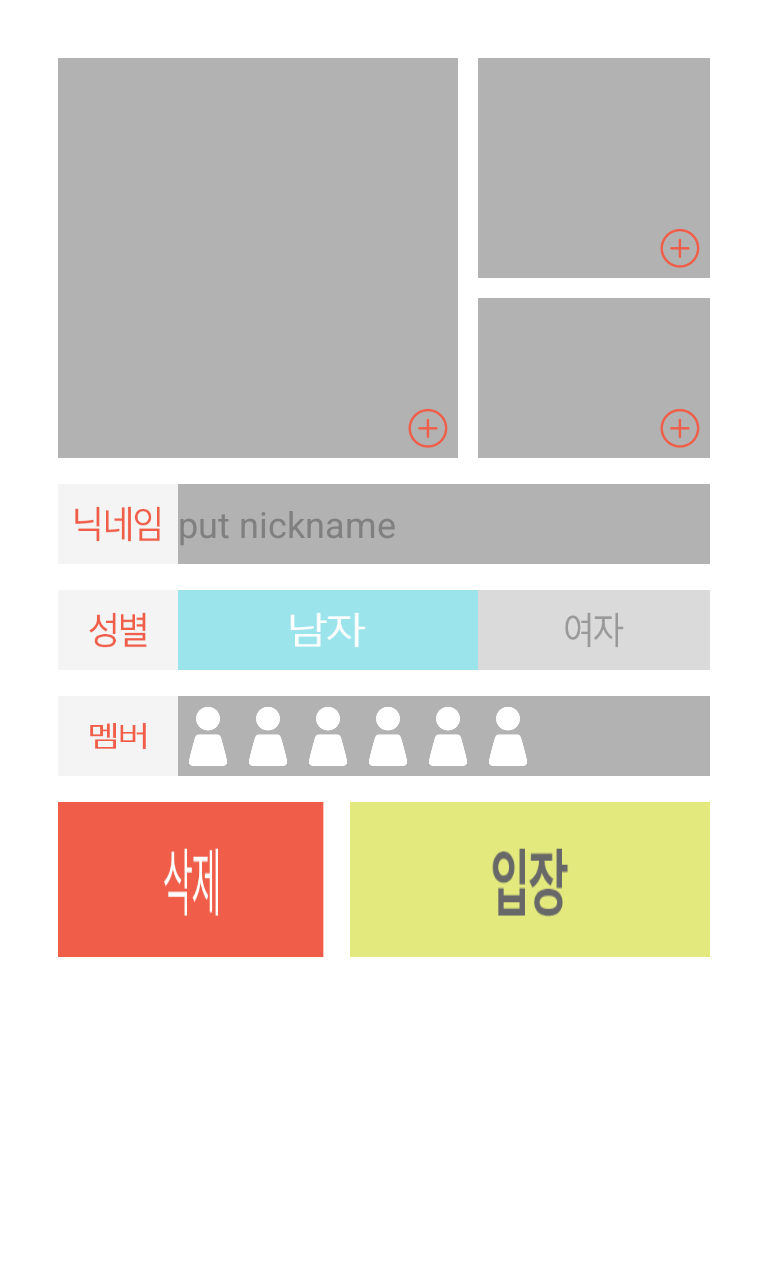
Repository: dokwon/mingle_final_client
Layout: mingle/res/layout/activity_main.xml
An editor plug-in stored every save of this project. The layout is shown before and after the next save, followed by the edit.
It is drawn on a 768 x 1280 px phone screen (xhdpi) without system bars, with theme ProfileTheme; the app's code is not run. The app's manifest (not shown) leaves right-to-left support off. So textAlignment, textDirection and layoutDirection are ignored, and left and right values win over start and end ones.

Above is the layout before, as saved 2014-08-04 06:06:37.

### mingle/res/layout/activity_main.xml
<?xml version="1.0"?>

<RelativeLayout
  tools:context=".MainActivity"
  android:paddingBottom="@dimen/activity_vertical_margin"
  android:paddingTop="@dimen/activity_vertical_margin"
  android:paddingRight="@dimen/activity_horizontal_margin"
  android:paddingLeft="@dimen/activity_horizontal_margin"
  android:layout_height="match_parent"
  android:layout_width="match_parent"
  android:background="@color/titlebackgroundcolor"
  xmlns:tools="http://schemas.android.com/tools"
  xmlns:android="http://schemas.android.com/apk/res/android">


	<!--

	+++++	PHOTO VIEWS   +++++

							-->
	<ImageView
	    android:id="@+id/photoView1"
	    android:layout_height="@dimen/photo_view_size"
	    android:layout_width="@dimen/photo_view_size"
	    android:layout_marginLeft="@dimen/option_margin"
	    android:layout_marginTop="@dimen/option_margin"
	    android:layout_alignParentStart="true"
	    android:layout_alignParentLeft="true"
	    android:theme="@style/PictureViewTheme"
	    android:cropToPadding="true"
	    android:contentDescription="@string/photo_description"
	    android:background="@color/photobackgroundcolor"
	    android:longClickable="false"
	    android:clickable="true" />

	<ImageView
	    android:id="@+id/photoView2"
	    android:layout_width="wrap_content"
	    android:layout_height="110dp"
	    android:layout_alignTop="@+id/photoView1"
	    android:layout_alignParentRight="true"
	    android:layout_marginRight="@dimen/option_margin"
	    android:layout_marginLeft="@dimen/photo_margin"
	    android:layout_toRightOf="@+id/photoView1"
	    android:adjustViewBounds="false"
	    android:background="@color/photobackgroundcolor"
	    android:baselineAlignBottom="false"
	    android:clickable="true"
	    android:contentDescription="@string/photo_description"
	    android:cropToPadding="true"
	    android:longClickable="false" />
	<ImageView
	    android:id="@+id/photoView3"
	    android:layout_height="wrap_content"
	    android:layout_width="wrap_content"
	    android:background="@color/photobackgroundcolor"
	    android:cropToPadding="true"
	    android:contentDescription="@string/photo_description"
	    android:clickable="true"
	    android:longClickable="false"
	    android:layout_alignRight="@+id/photoView2"
	    android:layout_alignBottom="@+id/photoView1"
	    android:layout_alignStart="@+id/photoView2"
	    android:layout_alignLeft="@+id/photoView2"
	    android:layout_below="@+id/photoView2"
	    android:layout_marginTop="@dimen/photo_margin"/>


	<!--

	+++++	ADD BUTTONS   +++++

							-->
	<ImageView
	    android:layout_height="20dp"
	    android:layout_width="20dp"
	    android:layout_marginRight="5dp"
	    android:layout_marginBottom="5dp"
	    android:layout_alignRight="@+id/photoView1"
	    android:layout_alignBottom="@+id/photoView1"
	    android:cropToPadding="true"
	    android:contentDescription="@string/erase_button_description"
	    android:background="@drawable/photo_plus"
	    android:longClickable="true"
	    android:id="@+id/add1"/>
	<ImageView
	    android:layout_height="20dp"
	    android:layout_width="20dp"
	    android:layout_marginRight="5dp"
	    android:layout_marginBottom="5dp"
	    android:layout_alignRight="@+id/photoView2"
	    android:layout_alignBottom="@+id/photoView2"
	    android:cropToPadding="true"
	    android:contentDescription="@string/erase_button_description"
	    android:background="@drawable/photo_plus"
	    android:longClickable="true"
	    android:id="@+id/add2"/>
	<ImageView
	    android:layout_height="20dp"
	    android:layout_width="20dp"
	    android:layout_marginRight="5dp"
	    android:layout_marginBottom="5dp"
	    android:layout_alignRight="@+id/photoView3"
	    android:layout_alignBottom="@+id/photoView3"
	    android:cropToPadding="true"
	    android:contentDescription="@string/erase_button_description"
	    android:background="@drawable/photo_plus"
	    android:longClickable="true"
	    android:id="@+id/add3"/>

	<!--

	+++++	NICKNAME  +++++

							-->

	<ImageView
	    android:id="@+id/nicknamelabel"
	    android:layout_width="@dimen/option_label_width"
	    android:layout_height="@dimen/option_label_height"
	    android:background="@drawable/nickname"
	    android:cropToPadding="true"
	    android:contentDescription="@string/photo_description"
	    android:longClickable="false"
	    android:layout_alignStart="@+id/photoView1"
	    android:layout_alignLeft="@+id/photoView1"
	    android:layout_below="@+id/photoView1"
	    android:layout_marginTop="@dimen/option_margin"/>

	<EditText
	    android:id="@+id/nicknameTextView"
	    android:layout_alignRight="@+id/photoView3"
	    android:layout_alignTop="@+id/nicknamelabel"
	    android:layout_alignBottom="@+id/nicknamelabel"
	    android:layout_toRightOf="@+id/nicknamelabel"
	    android:layout_width="wrap_content"
	    android:layout_height="wrap_content"
	    android:background="@color/photobackgroundcolor"
	    android:hint="@string/nickname_placeholder"
	    android:textAppearance="?android:attr/textAppearanceMedium"
	    android:imeActionLabel="@string/launch"
	    android:maxLength="10" />

	<!--

	+++++	SEX CHOICE   +++++

							-->

	<ImageView
	    android:layout_width="@dimen/option_label_width"
	    android:layout_height="@dimen/option_label_height"
	    android:background="@drawable/genderchoice"
	    android:cropToPadding="true"
	    android:contentDescription="@string/photo_description"
	    android:longClickable="false"
	    android:layout_alignStart="@+id/photoView1"
	    android:layout_alignLeft="@+id/photoView1"
	    android:layout_below="@+id/nicknamelabel"
	    android:id="@+id/sexlabel"
	    android:layout_marginTop="@dimen/option_margin"/>

	<Button
	    android:layout_height="wrap_content"
	    android:layout_width="wrap_content"
	    android:id="@+id/manbutton"
	    android:layout_centerHorizontal="true"
	    android:background="@drawable/genderchoice_man"
	    android:layout_alignTop="@+id/sexlabel"
	    android:layout_alignBottom="@+id/sexlabel"
	    android:layout_toRightOf="@+id/sexlabel"
	    android:layout_toLeftOf="@+id/photoView3"
	    android:onClick="SexOptionChanged"/>

	<Button
	    android:layout_height="wrap_content"
	    android:layout_width="wrap_content"
	    android:id="@+id/womanbutton"
	    android:layout_centerHorizontal="true"
	    android:background="@drawable/genderchoice_notwoman"
	    android:layout_alignTop="@+id/sexlabel"
	    android:layout_alignBottom="@+id/sexlabel"
	    android:layout_toRightOf="@+id/manbutton"
	    android:layout_alignRight="@+id/photoView3"
	    android:onClick="SexOptionChanged"/>


	<!--

	+++++	MEMBER NUM   +++++

							-->

	<ImageView
	    android:layout_width="@dimen/option_label_width"
	    android:layout_height="@dimen/option_label_height"
	    android:background="@drawable/member"
	    android:cropToPadding="true"
	    android:contentDescription="@string/photo_description"
	    android:longClickable="false"
	    android:layout_alignStart="@+id/photoView1"
	    android:layout_alignLeft="@+id/photoView1"
	    android:layout_below="@+id/sexlabel"
	    android:id="@+id/memberlabel"
	    android:layout_marginTop="@dimen/option_margin"/>
	<ImageView
	    android:layout_height="wrap_content"
	    android:layout_width="wrap_content"
	    android:id="@+id/member_background"
	    android:background="@color/photobackgroundcolor"
	    android:layout_alignTop="@+id/memberlabel"
	    android:layout_alignBottom="@+id/memberlabel"
	    android:contentDescription="@string/photo_description"
	    android:layout_toRightOf="@+id/memberlabel"
	    android:layout_alignRight="@+id/photoView3"/>
	<Button
	    android:layout_height="wrap_content"
	    android:layout_width="@dimen/member_icon_width"
	    android:id="@+id/member_1"
	    android:background="@drawable/peoplenumberpicon"
	    android:layout_alignTop="@+id/memberlabel"
	    android:layout_alignBottom="@+id/memberlabel"
	    android:layout_toRightOf="@+id/memberlabel"
	    android:layout_margin="@dimen/small_margin"
	    android:onClick="MemberNumberSelected"/>

	<Button
	    android:layout_height="wrap_content"
	    android:layout_width="@dimen/member_icon_width"
	    android:id="@+id/member_2"
	    android:background="@drawable/peoplenumberpicon"
	    android:layout_alignTop="@+id/memberlabel"
	    android:layout_alignBottom="@+id/memberlabel"
	    android:layout_toRightOf="@+id/member_1"
	    android:layout_margin="@dimen/small_margin"
	    android:onClick="MemberNumberSelected"/>
	<Button
	    android:layout_height="wrap_content"
	    android:layout_width="@dimen/member_icon_width"
	    android:id="@+id/member_3"
	    android:background="@drawable/peoplenumberpicon"
	    android:layout_alignTop="@+id/memberlabel"
	    android:layout_alignBottom="@+id/memberlabel"
	    android:layout_toRightOf="@+id/member_2"
	    android:layout_margin="@dimen/small_margin"
	    android:onClick="MemberNumberSelected"/>
	<Button
	    android:layout_height="wrap_content"
	    android:layout_width="@dimen/member_icon_width"
	    android:id="@+id/member_4"
	    android:background="@drawable/peoplenumberpicon"
	    android:layout_alignTop="@+id/memberlabel"
	    android:layout_alignBottom="@+id/memberlabel"
	    android:layout_toRightOf="@+id/member_3"
	    android:layout_margin="@dimen/small_margin"
	    android:onClick="MemberNumberSelected"/>
	<Button
	    android:layout_height="wrap_content"
	    android:layout_width="@dimen/member_icon_width"
	    android:id="@+id/member_5"
	    android:background="@drawable/peoplenumberpicon"
	    android:layout_alignTop="@+id/memberlabel"
	    android:layout_alignBottom="@+id/memberlabel"
	    android:layout_toRightOf="@+id/member_4"
	    android:layout_margin="@dimen/small_margin"
	    android:onClick="MemberNumberSelected"/>
	<Button
	    android:layout_height="wrap_content"
	    android:layout_width="@dimen/member_icon_width"
	    android:id="@+id/member_6"
	    android:background="@drawable/peoplenumberpicon"
	    android:layout_alignTop="@+id/memberlabel"
	    android:layout_alignBottom="@+id/memberlabel"
	    android:layout_toRightOf="@+id/member_5"
	    android:layout_margin="@dimen/small_margin"
	    android:onClick="MemberNumberSelected"/>




	<Button
	    android:layout_height="wrap_content"
	    android:layout_width="133dp"
	    android:id="@+id/delete_button"
	    android:layout_alignLeft="@+id/photoView1"
	    android:layout_below="@+id/memberlabel"
	    android:layout_marginTop="@dimen/option_margin"
	    android:background="@drawable/deleteall"
	    android:onClick="userCreateButtonPressed"/>

	<Button
	    android:layout_height="wrap_content"
	    android:layout_width="wrap_content"
	    android:id="@+id/enter_button"
	    android:layout_alignRight="@+id/photoView3"
	   	android:layout_toRightOf="@+id/delete_button"
	    android:layout_alignTop="@+id/delete_button"
	    android:layout_marginLeft="@dimen/option_margin"
	    android:background="@drawable/enter"
	    android:onClick="userCreateButtonPressed"/>


</RelativeLayout>

### mingle/res/values/styles.xml
<resources>

    <!--
        Base application theme, dependent on API level. This theme is replaced
        by AppBaseTheme from res/values-vXX/styles.xml on newer devices.
    -->
    <style name="AppBaseTheme" parent="android:Theme.Light">
        <!--
            Theme customizations available in newer API levels can go in
            res/values-vXX/styles.xml, while customizations related to
            backward-compatibility can go here.
        -->
    </style>

    <!-- Application theme. -->
    <style name="AppTheme" parent="AppBaseTheme">
        <!-- All customizations that are NOT specific to a particular API-level can go here. -->
    </style>

    <!--  Title Bar Theme -->
    <style name="ProfileTheme" parent="android:Theme.Light">
        <item name="android:windowTitleSize">@dimen/title_bar_height</item>
        <item name="android:windowTitleBackgroundStyle">@style/WindowTitleBackground</item>
	</style>



    <!--  Chat Room Theme -->
	<style name="ChatRoomTheme" parent="android:Theme.Light">
        <item name="android:windowTitleSize">50dp</item>
        <item name="android:windowTitleBackgroundStyle">@style/WindowTitleBackground</item>
	</style>

	<!--  Photo View Theme -->
	<style name="PictureViewTheme">

    	<item name="android:background">#FFEAEAEA</item>
	</style>

    <style name="WindowTitleBackground">
        <item name="android:background">@color/titlebackgroundcolor</item>
    </style>

    <!--  Swipe list view theme -->
	<style name="MyListBackContent">
       <item name="android:layout_width">fill_parent</item>
       <item name="android:layout_height">fill_parent</item>
       <item name="android:background">@drawable/background_back</item>
       <item name="android:gravity">right</item>
   </style>

   <style name="MyListFrontContent">
       <item name="android:layout_width">fill_parent</item>
       <item name="android:layout_height">fill_parent</item>
       <item name="android:background">@drawable/background_front</item>
       <item name="android:padding">8dp</item>
   </style>

     <style name="MyListButtonAction">
       <item name="android:layout_margin">5dp</item>
         <item name="android:layout_width">80dp</item>
       <item name="android:layout_height">30dp</item>

   </style>

     <style name="UserListImage">
       <item name="android:layout_width">180dp</item>
       <item name="android:layout_height">180dp</item>
       <item name="android:scaleGravity">fill</item>
       <item name="android:layout_marginRight">8dp</item>
   </style>

     <style name="ChatRoomImage">
       <item name="android:layout_width">67dp</item>
       <item name="android:layout_height">67dp</item>
       <item name="android:scaleGravity">fill</item>
       <item name="android:layout_marginRight">8dp</item>
   </style>

   <style name="MyListTitle">
       <item name="android:paddingBottom">8dp</item>
       <item name="android:textSize">17sp</item>
       <item name="android:textStyle">bold</item>
       <item name="android:maxLines">2</item>
       <item name="android:ellipsize">end</item>
   </style>
</resources>

### mingle/res/values/colors.xml
<?xml version="1.0" encoding="UTF-8"?>

<resources>

	<color name="titlebackgroundcolor">#FFFFFFFF</color>

	<color name="photobackgroundcolor">#B2B2B2</color>

	<color name="trans">#000000</color>
	<color name="light_gray">#eee9e9</color>
	<color name="white_gray">#FFF2F2F2</color>
	<color name="black">#FF000000</color>
	<color name="white">#FFFFFFFF</color>
	<color name="actionbar_gray">#F1F1F1</color>

	<color name="mingle_button_green">#e3e97d</color>

	<color name="mingle_button_red">#f05e49</color>

	<color name="gold">#F0C500</color>
	<color name="silver">#C0C0C0</color>
	<color name="bronze">#CD7F32</color>
	<color name="dark_gray">#4C4C4C</color>

</resources>

### mingle/res/values/strings.xml
<?xml version="1.0" encoding="utf-8"?>
<resources>

    <string name="app_name">mingle</string>
    <string name="title_section1">Section 1</string>
    <string name="title_section2">Section 2</string>
    <string name="title_section3">Section 3</string>
    <string name="action_settings">Personal Settings</string>
    <string name="hello_world">Hello world!</string>
    <string name="title_activity_hunt">HuntActivity</string>
    <string name="title_activity_chatroom">ChatroomActivity</string>
    <string name="title_activity_chat_room">ChatRoomActivity</string>
    <string name="tab1title">Top</string>
    <string name="tab2title">All</string>
    <string name="tab3title">Mingling</string>
    <string name="tab4title">Setting</string>
    <string name="radio_male">Male</string>
    <string name="radio_female">Female</string>
    <string name="sms"></string>
    <string name="send">send</string>
    <string name="title_activity_setting">SettingActivity</string>
    <string name="title_activity_photo_view">PhotoViewActivity</string>
    <string name="title_activity_profile">ProfileActivity</string>
    <string name="title_activity_region_chatroom">RegionChatroomActivity</string>
    <string name="photo_description">Click to add Photo</string>
	<string name="minge_start_button_string">Mingle</string>
	<string name="erase_button_description">erase photo</string>
	<string name="nickname_placeholder">put nickname</string>
	<string name="launch">launch</string>


</resources>

Loaded but not shown: mingle/res/values/dimens.xml (common file); mingle/res/values-w820dp/dimens.xml (common file)

After the next save:
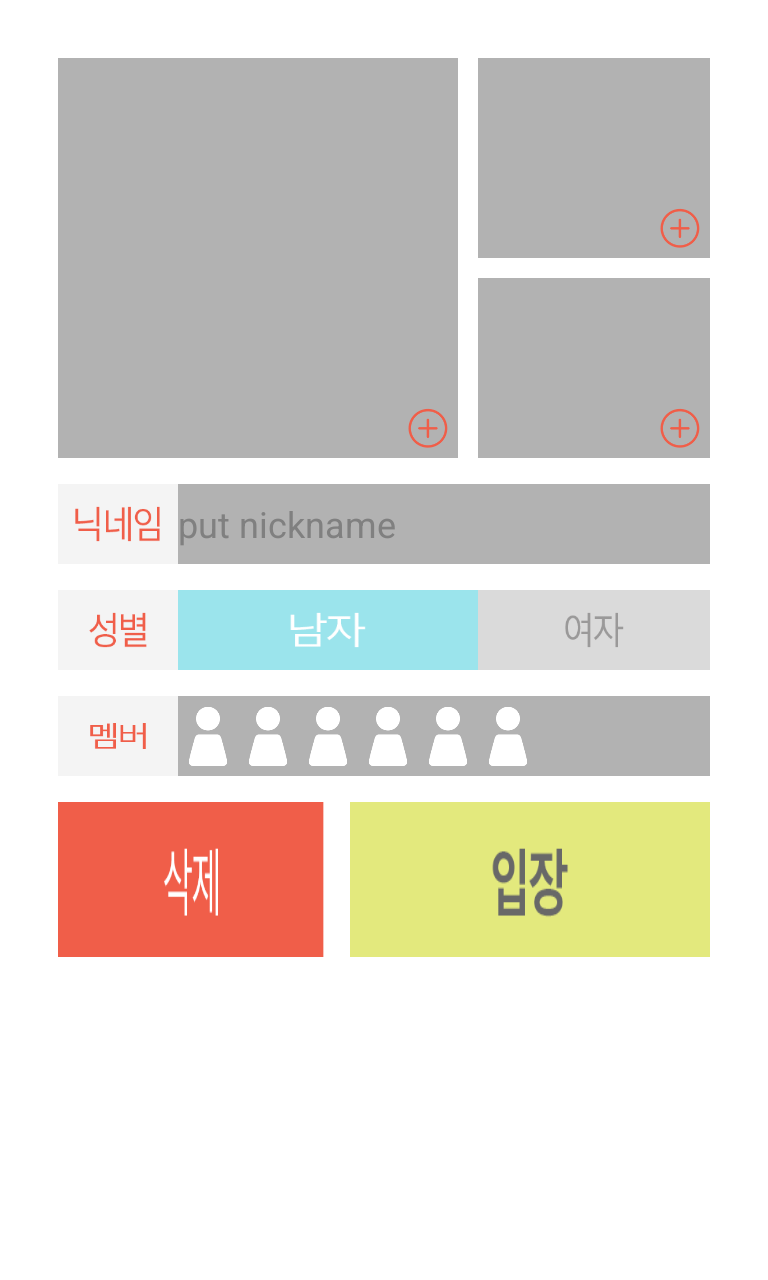
Saved 2 min 35 s later.
--- a/mingle/res/layout/activity_main.xml
+++ b/mingle/res/layout/activity_main.xml
@@ -36,7 +36,7 @@
 	<ImageView
 	    android:id="@+id/photoView2"
 	    android:layout_width="wrap_content"
-	    android:layout_height="110dp"
+	    android:layout_height="100dp"
 	    android:layout_alignTop="@+id/photoView1"
 	    android:layout_alignParentRight="true"
 	    android:layout_marginRight="@dimen/option_margin"
